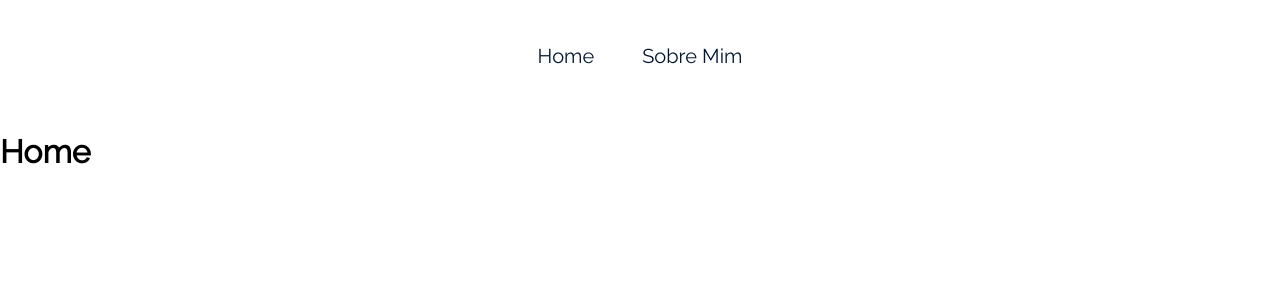
Repository: guilhermecardoso93/ola-mundo-alura
Page: /
An editor plug-in stored every save of this project. The page is shown before and after the next save, followed by the edit.
The browser window is 1280 px wide. The pictures show the whole page.
The project was rebuilt for these pictures with package versions that can differ from the ones it lists, and the page was loaded fresh each time. Also part of the build but not shown: vite.config.js, src/pages/AboutMe/index.jsx.

Above is the page before, as saved 2024-06-17 19:59:37.

After the next save:
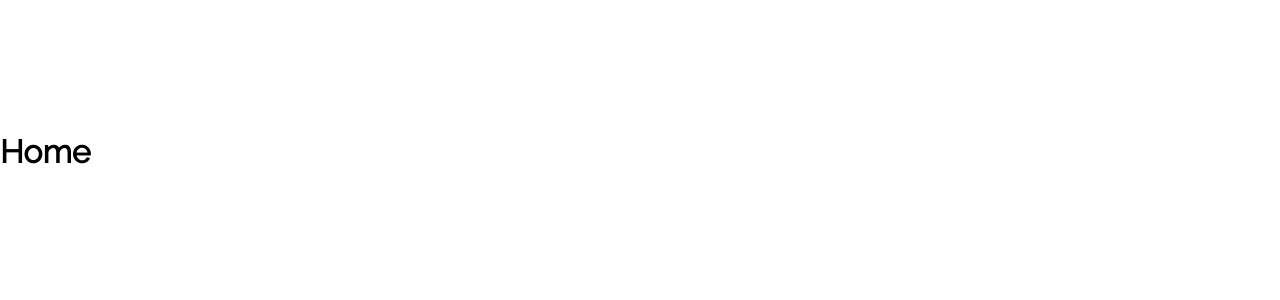
Saved 7 s later.
--- a/src/components/Menu/index.jsx
+++ b/src/components/Menu/index.jsx
@@ -5,8 +5,8 @@
   return (
     <header>
       <nav className="navegacao">
-        <MenuLink path="/" title="Home" />
-        <MenuLink path="/aboutme" title="Sobre Mim" />
+        <MenuLink to="/" children="Home" />
+        <MenuLink to="/aboutme" children="Sobre Mim" />
       </nav>
     </header>
   );

After the save that followed:
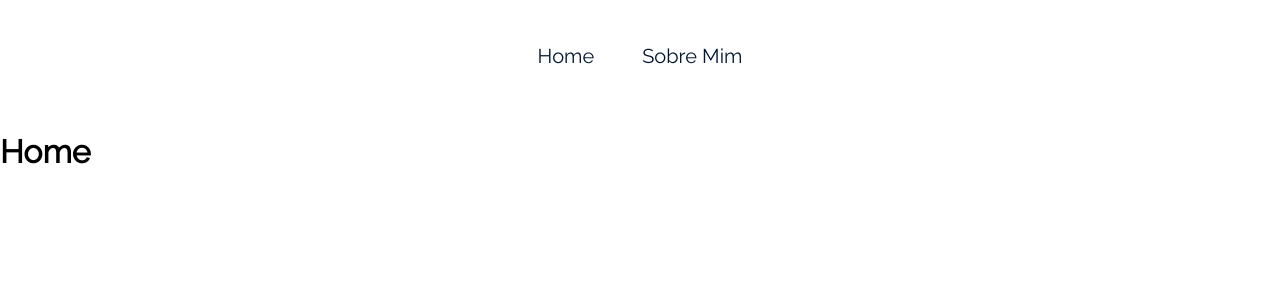
Saved 9 s later.
--- a/src/components/Menu/index.jsx
+++ b/src/components/Menu/index.jsx
@@ -5,8 +5,8 @@
   return (
     <header>
       <nav className="navegacao">
-        <MenuLink to="/" children="Home" />
-        <MenuLink to="/aboutme" children="Sobre Mim" />
+        <MenuLink to="/" title="Home" />
+        <MenuLink to="/aboutme" title="Sobre Mim" />
       </nav>
     </header>
   );
